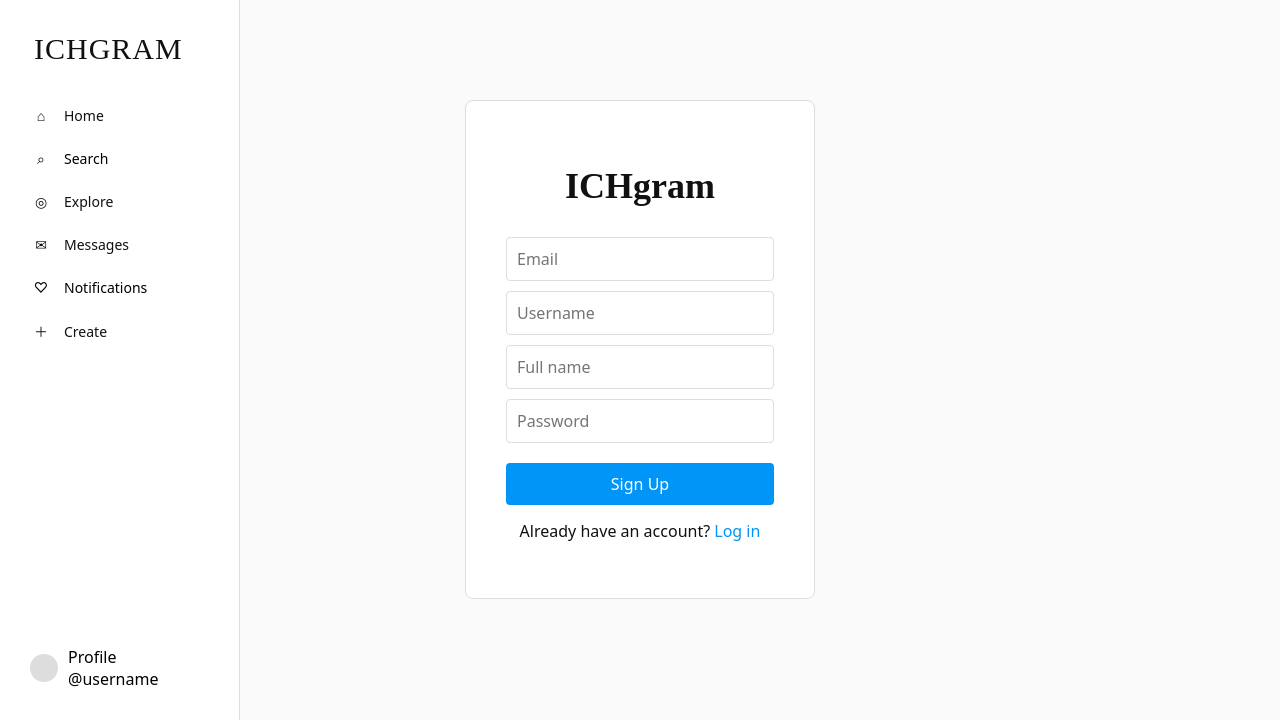
Repository: JuliiaJuliia/project-ichgram
Page: /register
The author's editor kept a copy of each file at every save. The page is drawn from the files as they stood at one save, then again after the next save.
The browser window is 1280 px wide. The pictures show the whole page.
The project was rebuilt for these pictures with package versions that can differ from the ones it lists, and the page was loaded fresh each time. Also part of the build but not shown: src/components/ProtectedRoute.js, src/components/Stories.js, src/components/PostForm.js, src/components/PostCard.css, src/components/PostCard.js, src/components/Feed.js, src/components/Chat.js, src/pages/Login.js and 4 more.

Above is the page before, as saved 2026-02-19 19:25:12.

### src/index.css
:root{
  --bg:#fafafa;
  --surface:#fff;
  --text:#111;
  --muted:#737373;
  --line:#dbdbdb;
  --blue:#0095f6;

  --radius:14px;
  --shadow:0 10px 30px rgba(0,0,0,.12);
  --shadow-soft:0 6px 18px rgba(0,0,0,.10);

  --sidebar-w:240px;
  --drawer-w:420px;
  --container-w:1100px;
}

*{ box-sizing:border-box; }
html, body{ height:100%; }
body{
  margin:0;
  font-family: system-ui, -apple-system, Segoe UI, Roboto, Arial, sans-serif;
  background: var(--bg);
  color: var(--text);
}

a{ color:inherit; text-decoration:none; }
button, input{ font:inherit; }

### src/App.js
import "./App.css";
import { BrowserRouter as Router, Routes, Route } from "react-router-dom";
import ProtectedRoute from "./components/ProtectedRoute";

// ==== Компоненты ====
import Sidebar from "./components/Sidebar";
import Stories from "./components/Stories";
import PostForm from "./components/PostForm";
import Feed from "./components/Feed";
import Chat from "./components/Chat";

// ==== Страницы ====
import Login from "./pages/Login";
import Register from "./pages/Register";
import NotFound from "./pages/NotFound";
import Profile from "./pages/Profile";

// ==== Внутренние компоненты страниц ====
function Home() {
  return (
    <div className="main-content">
      <Stories />
      <PostForm />
      <Feed />
    </div>
  );
}

function Messages() {
  const chatId = "123";
  const userId = "user123";

  return (
    <div className="main-content">
      <h2>Messages</h2>
      <Chat chatId={chatId} userId={userId} />
    </div>
  );
}

// ==== Основной компонент приложения ====
function App() {
  return (
    <Router>
      <div className="app-container">
        {/* Левое меню (Sidebar) */}
        <Sidebar />

        {/* Настройка маршрутов */}
        <Routes>

          {/* ===== Закрытые маршруты ===== */}
          <Route
            path="/"
            element={
              <ProtectedRoute>
                <Home />
              </ProtectedRoute>
            }
          />

          <Route
            path="/messages"
            element={
              <ProtectedRoute>
                <Messages />
              </ProtectedRoute>
            }
          />

          <Route
            path="/profile"
            element={
              <ProtectedRoute>
                <Profile />
              </ProtectedRoute>
            }
          />

          {/* ===== Публичные маршруты (без авторизации) ===== */}
          <Route path="/login" element={<Login />} />
          <Route path="/register" element={<Register />} />

          {/* ===== 404 ===== */}
          <Route path="*" element={<NotFound />} />

        </Routes>
      </div>
    </Router>
  );
}

export default App;

### src/App.css
.app-container {
  display: flex;
}

.main-content {
  margin-left: 260px;
  padding: 20px;
  width: 100%;
  max-width: 700px;
}

### src/components/Sidebar.js
import React from "react";
import { NavLink, useNavigate } from "react-router-dom";
import "./Sidebar.css";

export default function Sidebar(props) {
  const navigate = useNavigate();

  // Безопасно: если проп не пришёл — не падаем
  const openPanel =
    typeof props.onOpenPanel === "function" ? props.onOpenPanel : null;

  const handleSearch = () => {
    // 1) Если Layout передал функцию — откроем drawer
    if (openPanel) return openPanel("search");
    // 2) Иначе просто перейдем на роут (чтобы не было ошибки)
    navigate("/search");
  };

  const handleNotifications = () => {
    if (openPanel) return openPanel("notifications");
    navigate("/notifications");
  };

  return (
    <aside className="sidebar">
      <div className="sidebar__logo" onClick={() => navigate("/")}>
        <span className="sidebar__logoText">ICHGRAM</span>
      </div>

      <nav className="sidebar__nav">
        <NavLink to="/" className="sidebar__item">
          <span className="sidebar__icon">⌂</span>
          <span className="sidebar__label">Home</span>
        </NavLink>

        <button type="button" className="sidebar__item" onClick={handleSearch}>
          <span className="sidebar__icon">⌕</span>
          <span className="sidebar__label">Search</span>
        </button>

        <NavLink to="/explore" className="sidebar__item">
          <span className="sidebar__icon">◎</span>
          <span className="sidebar__label">Explore</span>
        </NavLink>

        <NavLink to="/messages" className="sidebar__item">
          <span className="sidebar__icon">✉</span>
          <span className="sidebar__label">Messages</span>
        </NavLink>

        <button
          type="button"
          className="sidebar__item"
          onClick={handleNotifications}
        >
          <span className="sidebar__icon">♡</span>
          <span className="sidebar__label">Notifications</span>
        </button>

        <NavLink to="/create" className="sidebar__item">
          <span className="sidebar__icon">＋</span>
          <span className="sidebar__label">Create</span>
        </NavLink>
      </nav>

      <div className="sidebar__bottom">
        <div className="sidebar__divider" />

        <NavLink to="/profile" className="sidebar__profile">
          <div className="sidebar__avatar" />
          <div className="sidebar__profileText">
            <div className="sidebar__profileName">Profile</div>
            <div className="sidebar__profileSub">@username</div>
          </div>
        </NavLink>
      </div>
    </aside>
  );
}

### src/pages/Register.js
import React, { useState } from "react";
import { Link, useNavigate } from "react-router-dom";
import axios from "axios";
import "./Auth.css";

function Register() {
  const [email, setEmail] = useState("");
  const [username, setUsername] = useState("");
  const [fullName, setFullName] = useState("");  // ✅ додаємо повне ім’я
  const [password, setPassword] = useState("");
  const navigate = useNavigate();

  const handleRegister = async (e) => {
    e.preventDefault();
    try {
      await axios.post("http://localhost:3001/api/auth/register", {
        email,
        username,
        fullName,    // ✅ тепер передаємо
        password,
      });

      alert("✅ Реєстрація успішна!");
      navigate("/login");
    } catch (err) {
      alert("❌ " + (err.response?.data?.message || "Помилка реєстрації"));
      console.error(err);
    }
  };

  return (
    <div className="auth-container">
      <h1>ICHgram</h1>

      <form onSubmit={handleRegister}>
        <input
          type="email"
          placeholder="Email"
          value={email}
          onChange={(e) => setEmail(e.target.value)}
          required
        />

        <input
          type="text"
          placeholder="Username"
          value={username}
          onChange={(e) => setUsername(e.target.value)}
          required
        />

        <input
          type="text"
          placeholder="Full name"          // ✅ поле повного імені
          value={fullName}
          onChange={(e) => setFullName(e.target.value)}
          required
        />

        <input
          type="password"
          placeholder="Password"
          value={password}
          onChange={(e) => setPassword(e.target.value)}
          required
        />

        <button type="submit">Sign Up</button>
      </form>

      <p>
        Already have an account? <Link to="/login">Log in</Link>
      </p>
    </div>
  );
}

export default Register;

### src/components/Sidebar.css
.sidebar{
    width:240px;
    height:100vh;
    position:fixed;
    left:0;
    top:0;
    background:#fff;
    border-right:1px solid #dbdbdb;
    padding:14px 12px;
    display:flex;
    flex-direction:column;
  }

  .sidebar__logo{
    font-family: 'Lobster', cursive;
    font-size: 30px;
    font-weight: 400;
    padding: 12px 14px 20px 14px;
    cursor: pointer;
    letter-spacing: 1px;
  }

  .sidebar__nav{
    display:flex;
    flex-direction:column;
    gap:4px;
    margin-top:10px;
  }

  .sidebar__item{
    display:flex;
    align-items:center;
    gap:12px;
    padding:10px;
    border-radius:12px;
    border:0;
    background:transparent;
    cursor:pointer;
    font-size:14px;
  }

  .sidebar__item:hover{
    background:#f2f2f2;
  }

  .sidebar__icon{
    width:22px;
    text-align:center;
  }

  .sidebar__bottom{
    margin-top:auto;
  }

  .sidebar__profile{
    display:flex;
    align-items:center;
    gap:10px;
    padding:10px;
    border-radius:12px;
    text-decoration:none;
    color:black;
  }

  .sidebar__profile:hover{
    background:#f2f2f2;
  }

  .sidebar__avatar{
    width:28px;
    height:28px;
    border-radius:50%;
    background:#ddd;
  }

### src/components/Stories.css
.sidebar {
    width: 240px;
    height: 100vh;
    border-right: 1px solid #ddd;
    padding: 20px;
    position: fixed;
    left: 0;
    top: 0;
    background: white;
  }

  .logo {
    font-size: 24px;
    margin-bottom: 30px;
  }

  .nav-item {
    padding: 12px 0;
    font-size: 18px;
    cursor: pointer;
  }

  .nav-item:hover {
    background: #f5f5f5;
    border-radius: 8px;
    padding-left: 10px;
  }

### src/pages/Auth.css
.auth-container {
    width: 350px;
    margin: 100px auto;
    text-align: center;
    background: #fff;
    padding: 40px;
    border: 1px solid #ddd;
    border-radius: 8px;
  }

  .auth-container h1 {
    font-family: 'Brush Script MT', cursive;
    font-size: 36px;
    margin-bottom: 30px;
  }

  .auth-container input {
    display: block;
    width: 100%;
    margin: 10px 0;
    padding: 10px;
    border: 1px solid #ddd;
    border-radius: 4px;
  }

  .auth-container button {
    width: 100%;
    padding: 10px;
    background-color: #0095f6;
    color: white;
    border: none;
    border-radius: 4px;
    margin-top: 10px;
  }

  .auth-container p {
    margin-top: 15px;
  }

  .auth-container a {
    color: #0095f6;
    text-decoration: none;
  }

Loaded but not shown: public/index.html (common file); src/index.js (common file); src/reportWebVitals.js (common file)

After the next save:
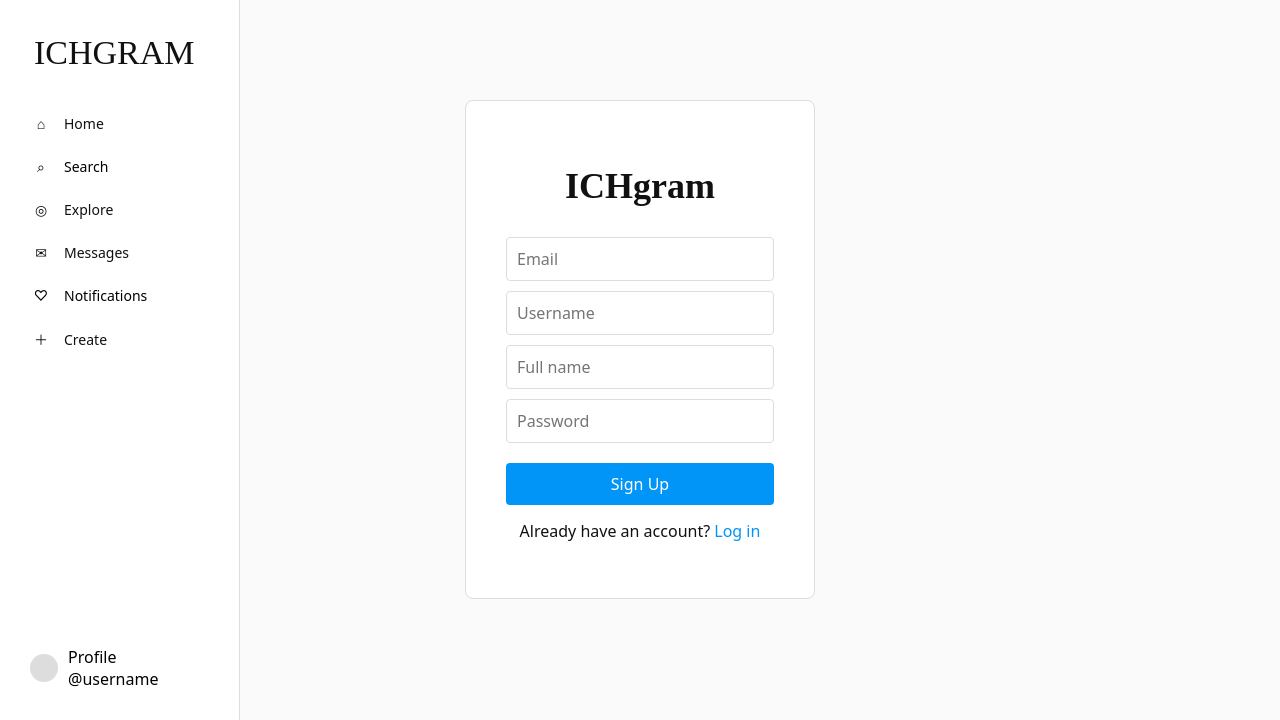
Saved 5 min 22 s later.
--- a/src/components/Sidebar.css
+++ b/src/components/Sidebar.css
@@ -12,12 +12,11 @@
   }
 
   .sidebar__logo{
-    font-family: 'Lobster', cursive;
-    font-size: 30px;
-    font-weight: 400;
-    padding: 12px 14px 20px 14px;
-    cursor: pointer;
-    letter-spacing: 1px;
+    font-family: 'Lobster', cursive !important;
+    font-size: 34px;
+    font-weight: normal;
+    letter-spacing: 0;
+    padding: 14px 14px 22px 14px;
   }
 
   .sidebar__nav{
